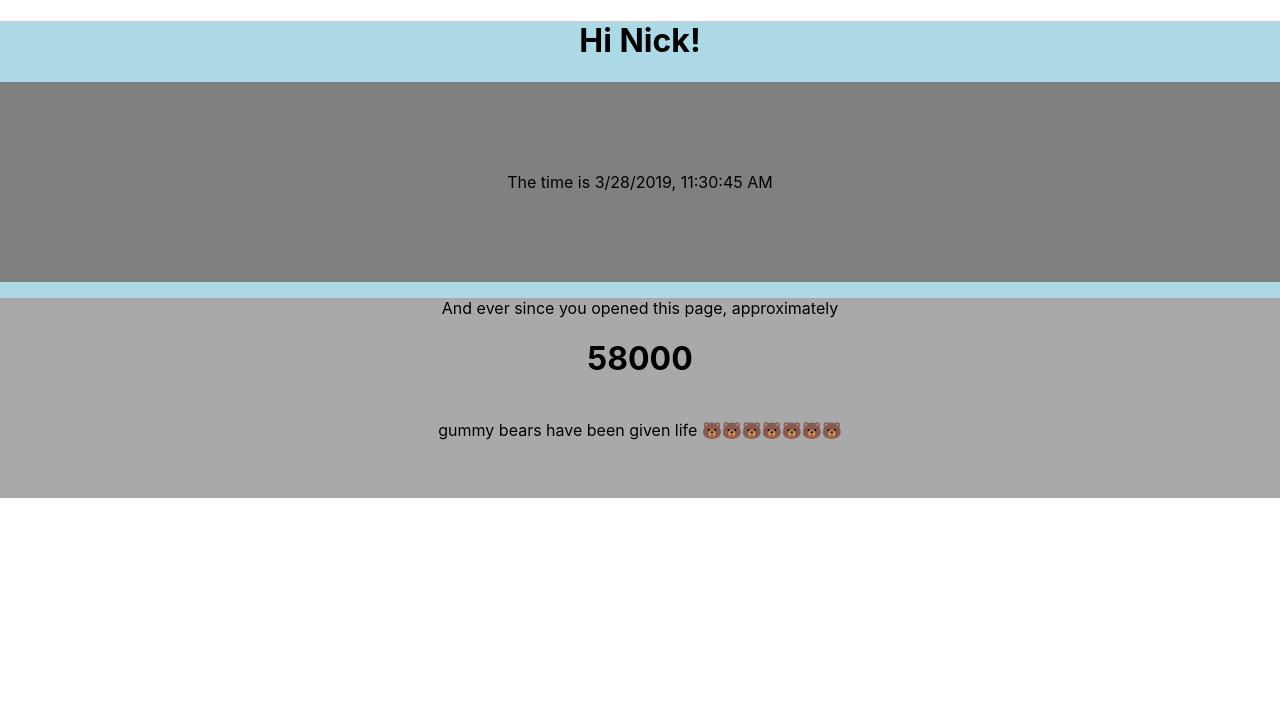
Repository: crispinonicky/gummy-facts
Page: /
An editor plug-in stored every save of this project. The page is shown before and after the next save, followed by the edit.
The browser window is 1280 px wide. The pictures show the whole page.
The project was rebuilt for these pictures with package versions that can differ from the ones it lists, and the page was loaded fresh each time.

Above is the page before, as saved 2019-03-28 15:22:51.

### src/App.js
import React, { Component } from 'react';
import './App.css';
import Clock from './components/Clock';
import GummyCount from './components/GummyCount';
import Map from './components/Map';


class App extends Component {
  constructor(props){
    super(props)

    this.state = {
      name: "Nick"
    }

  }



  render() {
    return (
      <div className="App">


      <h1>
        Hi {this.state.name}!
      </h1>

        <Clock />
        <GummyCount />
        <Map />


      </div>
    );
  }
}

export default App;

### src/App.css
.App {
  text-align: center;
  margin: 0 auto;
  background: lightblue;
}

.Clock {
  height: 200px;
  background: gray;
}

.Clock p {
  position: relative;
  top: 90px;

}

.Count {
  height: 200px;
  background: darkgrey;
}

### src/components/Clock.js
import React, { Component } from "react";
import "../App.css";

let time = new Date().toLocaleString();

class Clock extends React.Component {
  constructor(props) {

    super(props)
    this.state = {
      time: new Date().toLocaleString(),
    };
  }

  componentDidMount() {
    this.intervalID = setInterval(
      () => this.tick(),
      1000
    )
  }

  componentWillUnmount() {
    clearInterval(this.intervalID);
  }

  tick() {
    this.setState({
      time: new Date().toLocaleString()
    });
  }

  render() {
    return (
      <div className = "Clock">
      <p>
        The time is {this.state.time}
      </p>
      </div>
    );
  }
}

console.log(typeof time)


export default Clock;

### src/components/GummyCount.js
const React = require('react')

class GummyCount extends React.Component {
  constructor(props) {
    super(props);
    this.state = {
      seconds: 0,
    };
  }

  tick() {
    this.setState(state => ({
      seconds: state.seconds + 1
    }));
  }

  componentDidMount() {
    this.interval = setInterval(() => this.tick(), 10);
  }

  componentWillUnmount() {
    clearInterval(this.interval);
  }

  render() {

    return (
<div>
      <div className = "Count">
        <p>
        And ever since you opened this page, approximately
        <br/>
        <h1>{this.state.seconds * 116}</h1>
        <br/>
        gummy bears have been given life 🐻🐻🐻🐻🐻🐻🐻
        </p>
      </div>
      </div>
    );
  }
}

export default GummyCount;

### src/components/Map.js
import React, { Component } from 'react';
import '../App.css';

// my map: https://maps.googleapis.com/maps/api/js?key=AIzaSyCrbuDGnqcHSG6nK1oo2PyiiXvsyWLZelo&callback=myMap

class Map extends React.Component {
  constructor(props){
    super(props)

    this.state = {
      name: "Nick"
    }

  }



  render() {
    return (
      <div className="Map">

<div id="googleMap">

</div>



      </div>
    );
  }
}

export default Map;

Loaded but not shown: public/index.html (common file); src/index.js (common file); src/index.css (common file); src/serviceWorker.js (common file)

After the next save:
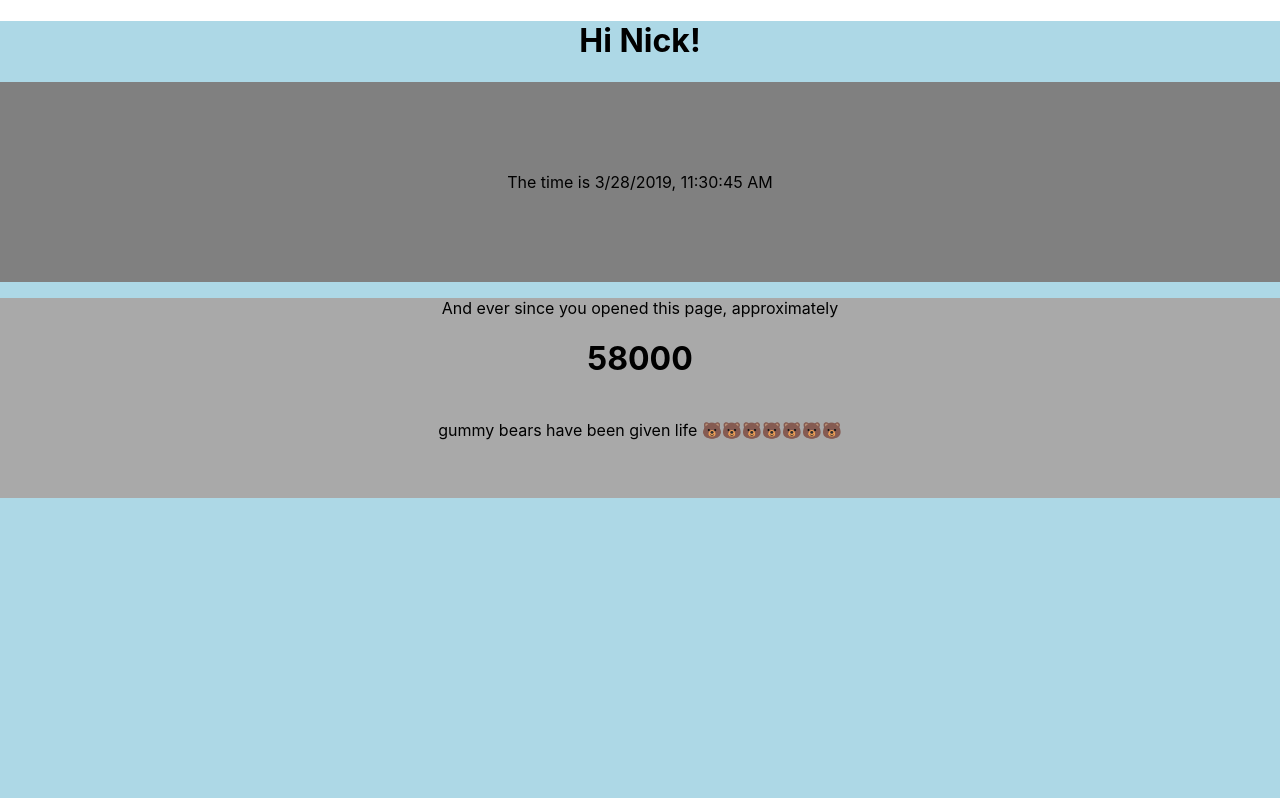
Saved 33 s later.
--- a/src/App.css
+++ b/src/App.css
@@ -19,3 +19,8 @@
   height: 200px;
   background: darkgrey;
 }
+
+#googleMap {
+  height: 300px;
+  width: 400px;
+}
